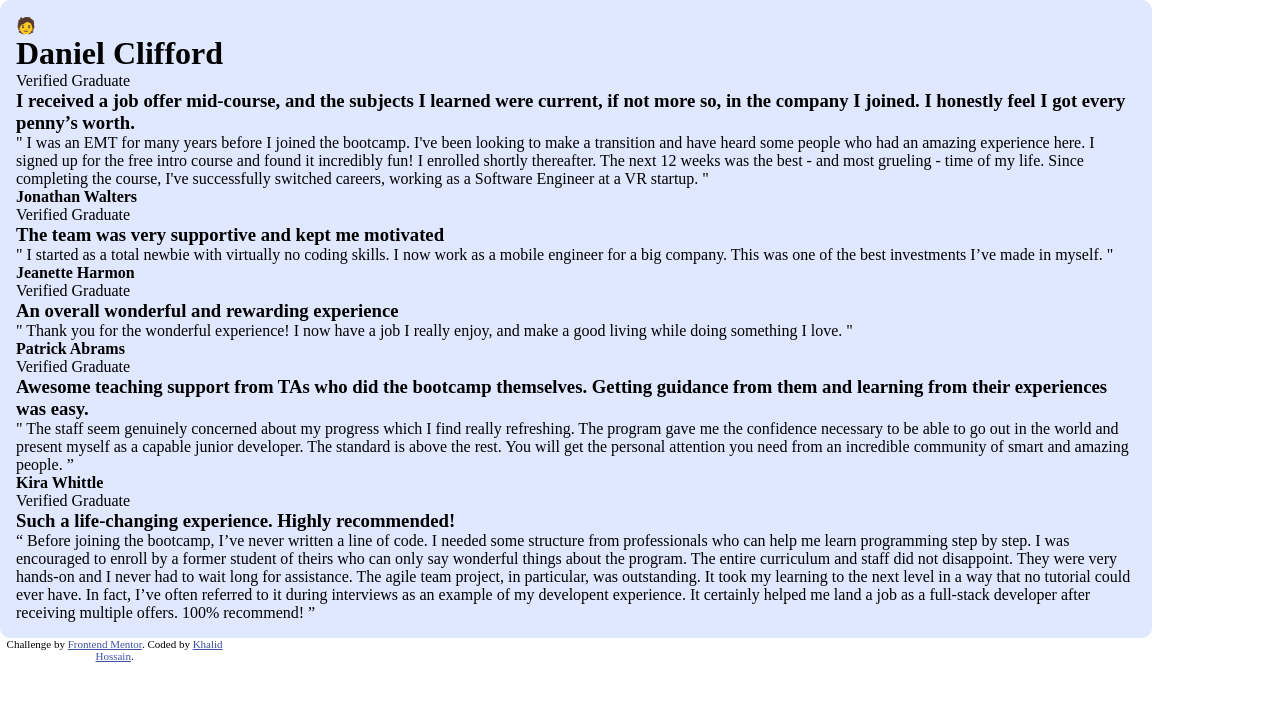
Repository: badhon252/Testimonials-Grid-Section
Page: index.html
The author's editor kept a copy of each file at every save. The page is drawn from the files as they stood at one save, then again after the next save.
The browser window is 1280 px wide. The pictures show the whole page.

Above is the page before, as saved 2023-02-18 15:26:44.

### index.html
<!DOCTYPE html>
<html lang="en">

<head>
    <meta charset="UTF-8">
    <meta name="viewport" content="width=device-width, initial-scale=1.0">
    <!-- displays site properly based on user's device -->

    <link rel="icon" type="image/png" sizes="32x32" href="./images/favicon-32x32.png">
    <link rel="stylesheet" href="./css/style.css">
    <title>Frontend Mentor | [Challenge Name Here]</title>

</head>

<body>

    <div class="container">
        <div class="box box1">
            <div class="heading">
                <span>🧑</span>
                <div>
                    <h1 class="name">Daniel Clifford</h1>
                    <p>Verified Graduate</p>
                </div>
            </div>

            <h3>I received a job offer mid-course, and the subjects I learned were current, if not more so, in the company I joined. I honestly feel I got every penny’s worth.</h3>
            <p>" I was an EMT for many years before I joined the bootcamp. I've been looking to make a transition and have heard some people who had an amazing experience here. I signed up for the free intro course and found it incredibly fun! I enrolled
                shortly thereafter. The next 12 weeks was the best - and most grueling - time of my life. Since completing the course, I've successfully switched careers, working as a Software Engineer at a VR startup. "</p>
            <div class="box box2">
                <h4>Jonathan Walters</h4>
                <p>Verified Graduate</p>
                <h3>The team was very supportive and kept me motivated</h3>
                <p>" I started as a total newbie with virtually no coding skills. I now work as a mobile engineer for a big company. This was one of the best investments I’ve made in myself. "</p>
            </div>
            <div class="box box3">
                <h4>Jeanette Harmon</h4>
                <p>Verified Graduate</p>
                <h3>An overall wonderful and rewarding experience</h3>
                <p>" Thank you for the wonderful experience! I now have a job I really enjoy, and make a good living while doing something I love. "</p>
            </div>
            <div class="box box4">
                <h4>Patrick Abrams</h4>
                <p>Verified Graduate</p>
                <h3>Awesome teaching support from TAs who did the bootcamp themselves. Getting guidance from them and learning from their experiences was easy.</h3>
                <p>" The staff seem genuinely concerned about my progress which I find really refreshing. The program gave me the confidence necessary to be able to go out in the world and present myself as a capable junior developer. The standard is above
                    the rest. You will get the personal attention you need from an incredible community of smart and amazing people. ”</p>
            </div>
            <div class="box box5">
                <h4>Kira Whittle</h4>
                <p>Verified Graduate</p>
                <h3>Such a life-changing experience. Highly recommended!</h3>
                <p>“ Before joining the bootcamp, I’ve never written a line of code. I needed some structure from professionals who can help me learn programming step by step. I was encouraged to enroll by a former student of theirs who can only say wonderful
                    things about the program. The entire curriculum and staff did not disappoint. They were very hands-on and I never had to wait long for assistance. The agile team project, in particular, was outstanding. It took my learning to the next
                    level in a way that no tutorial could ever have. In fact, I’ve often referred to it during interviews as an example of my developent experience. It certainly helped me land a job as a full-stack developer after receiving multiple offers.
                    100% recommend! ”</p>
            </div>
        </div>



        <div class="attribution">
            Challenge by <a href="https://www.badhon252.me" target="_blank">Frontend Mentor</a>. Coded by <a href="#">Khalid
        Hossain</a>.
        </div>
</body>

</html>

### css/style.css
* {
    margin: 0;
    padding: 0;
    box-sizing: border-box;
}

body {
    height: 98vh;
}

.container {
    max-height: 90%;
    max-width: 90%;
    display: grid;
    /* grid-template-columns: 1fr 1fr 1fr 1fr;
    grid-template-rows: 1fr 1fr 1fr 1fr; */
    grid-template-areas: 'header header header header header header' 'menu main main main right right' 'menu footer footer footer footer footer';
}

.box1 {
    grid-area: header;
    background-color: hsl(225, 100%, 94%);
    border-radius: 10px;
    padding: 1rem;
}

.attribution {
    font-size: 11px;
    text-align: center;
}

.attribution a {
    color: hsl(228, 45%, 44%);
}

After the next save:
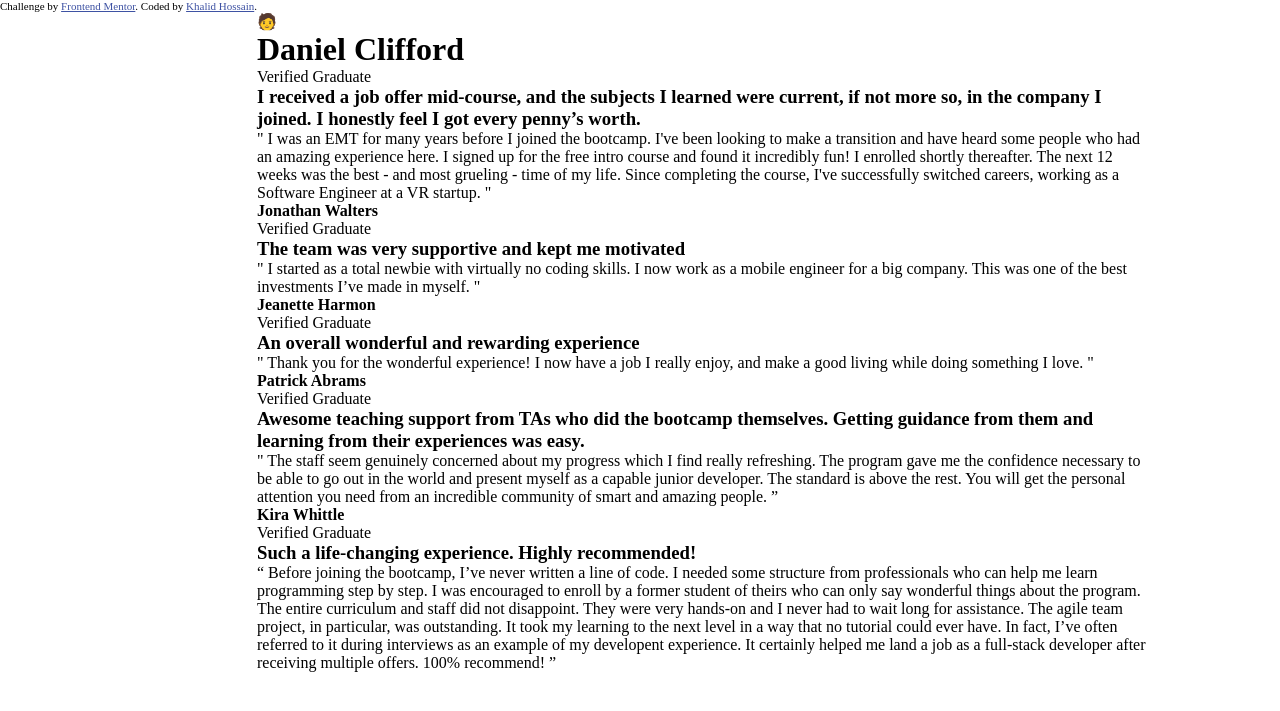
Saved 59 s later.
--- a/css/style.css
+++ b/css/style.css
@@ -18,10 +18,23 @@ body {
 }
 
 .box1 {
-    grid-area: header;
-    background-color: hsl(225, 100%, 94%);
-    border-radius: 10px;
-    padding: 1rem;
+    grid-area: box1;
+}
+
+.box1 {
+    grid-area: box1;
+}
+
+.box1 {
+    grid-area: box1;
+}
+
+.box1 {
+    grid-area: box1;
+}
+
+.box1 {
+    grid-area: box1;
 }
 
 .attribution {
